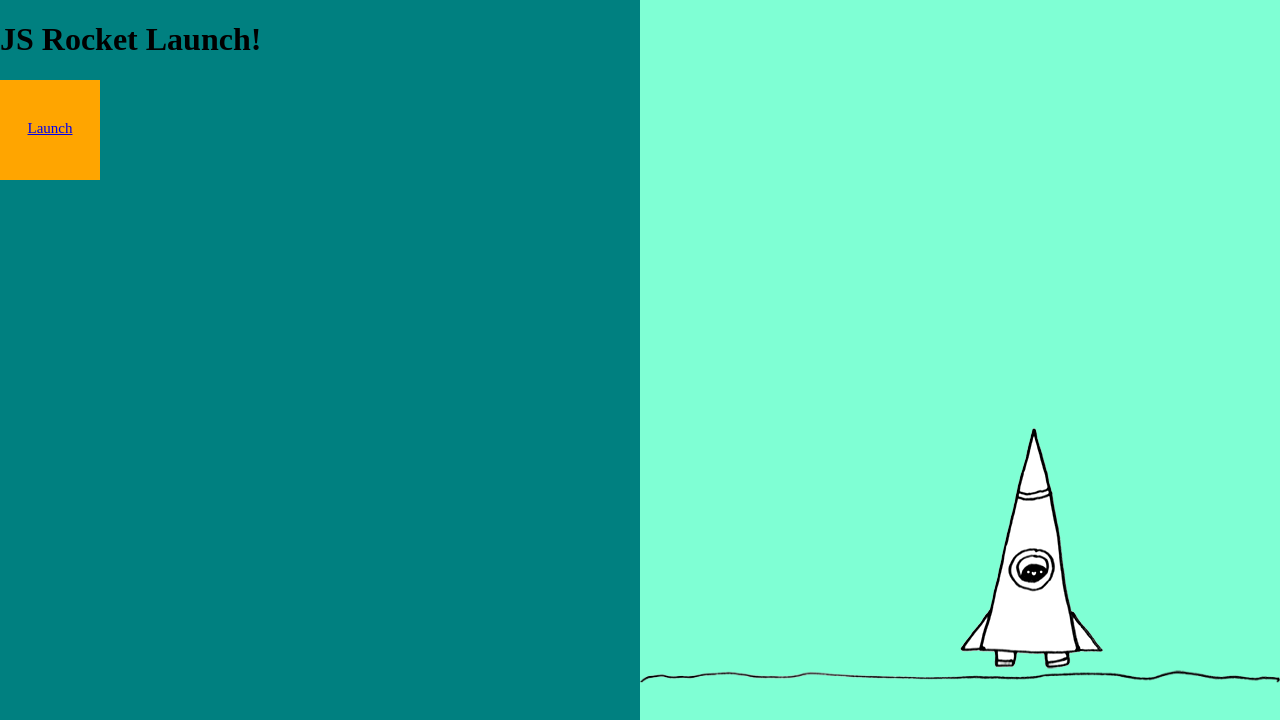
Repository: alcarrizo/Rocket-launch
Page: index.html
These files come from the project's save history. The page is drawn as it stood at one moment and after the next save; the edit follows.
The browser window is 1280 px wide. The pictures show the whole page.

Above is the page before, as saved 2022-10-20 16:10:13.

After the next save:
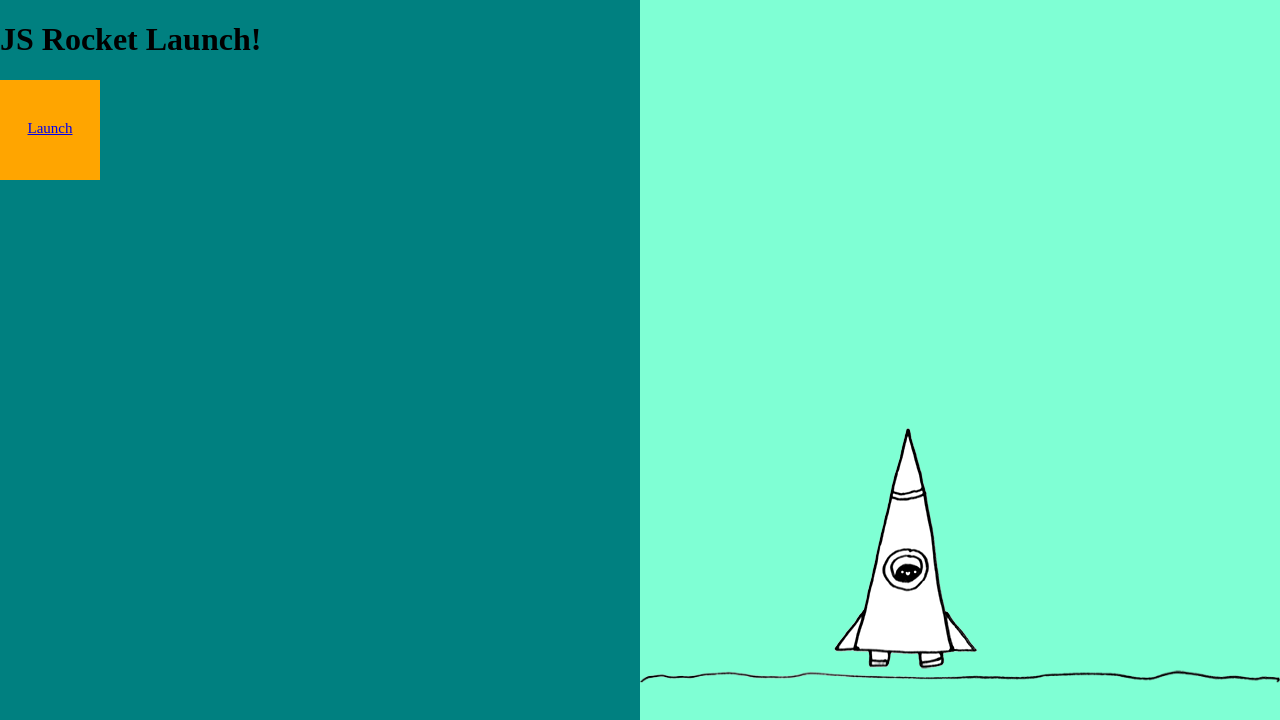
Saved 3 min 58 s later.
--- a/css/style.css
+++ b/css/style.css
@@ -30,6 +30,7 @@ body {
     height: 272px;
     background-color: blue;
     transition: bottom 10s;
+    margin-left: -126px;
 
 }
 
